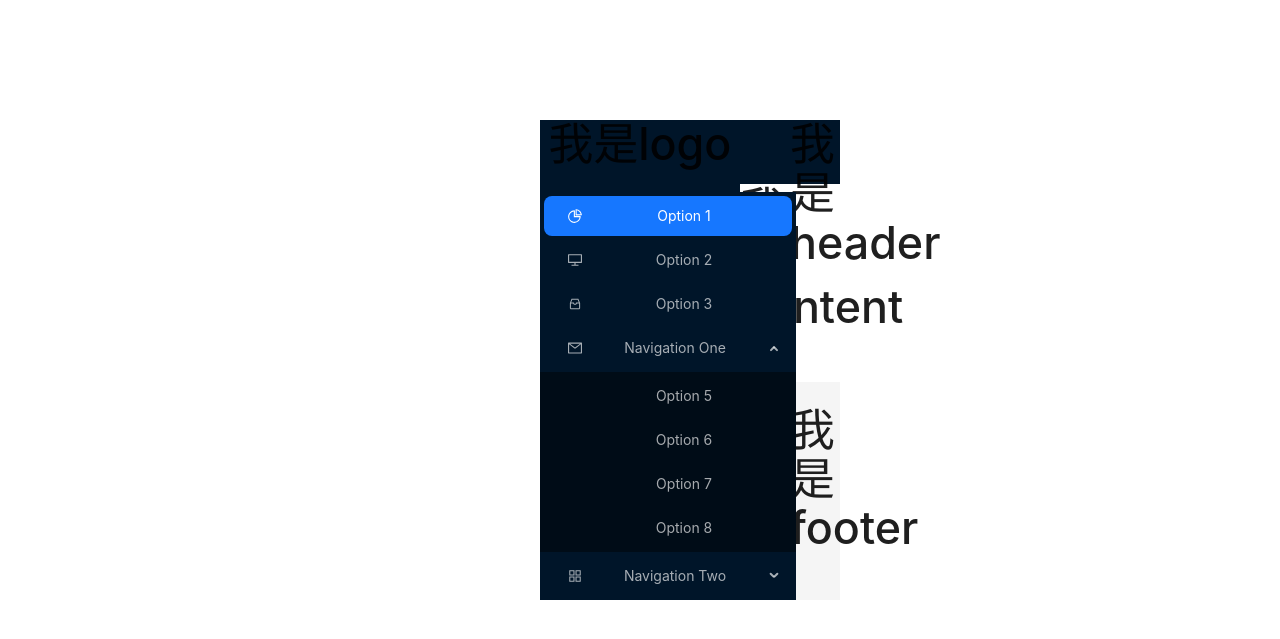
Repository: chenyl8848/chen-tool-collection
Page: /
The author's editor kept a copy of each file at every save. The page is drawn from the files as they stood at one save, then again after the next save.
The browser window is 1280 px wide. The pictures show the whole page.
The project was rebuilt for these pictures with package versions that can differ from the ones it lists, and the page was loaded fresh each time. Also part of the build but not shown: vite.config.ts, src/components/HelloWorld.vue.

Above is the page before, as saved 2024-01-09 10:14:18.

After the next save:
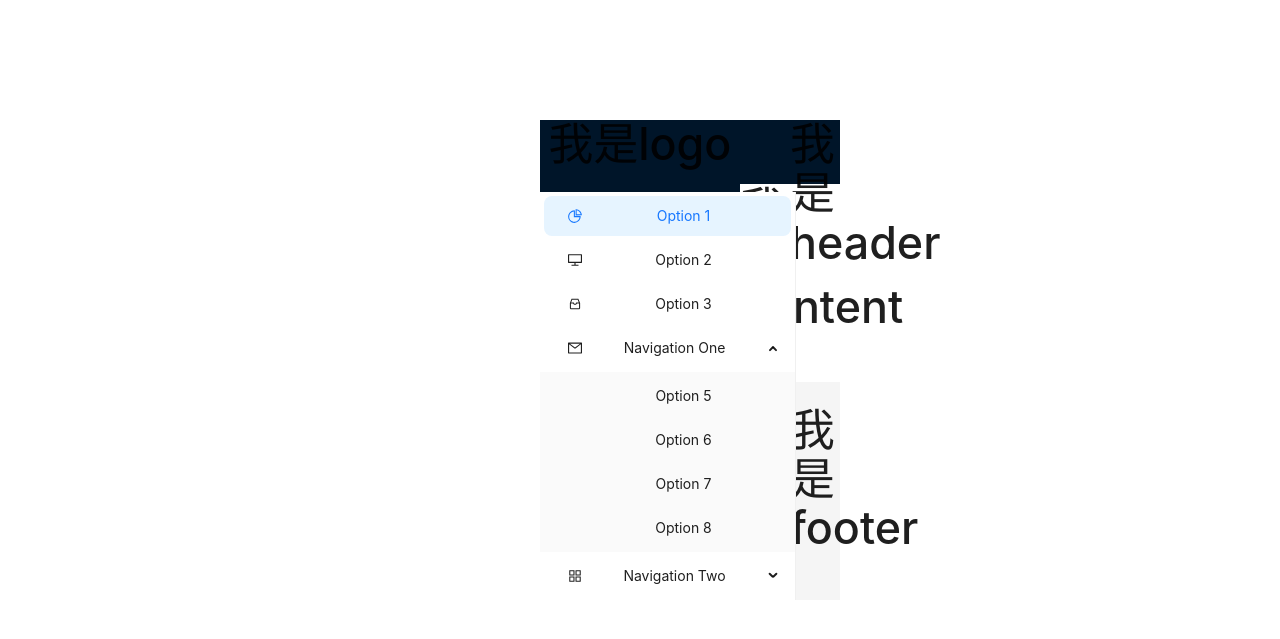
Saved 24 s later.
--- a/src/layout/siderbar/menu/index.vue
+++ b/src/layout/siderbar/menu/index.vue
@@ -4,7 +4,6 @@
         v-model:openKeys="state.openKeys"
         v-model:selectedKeys="state.selectedKeys"
         mode="inline"
-        theme="dark"
         :inline-collapsed="state.collapsed"
         :items="items"
       ></a-menu>
